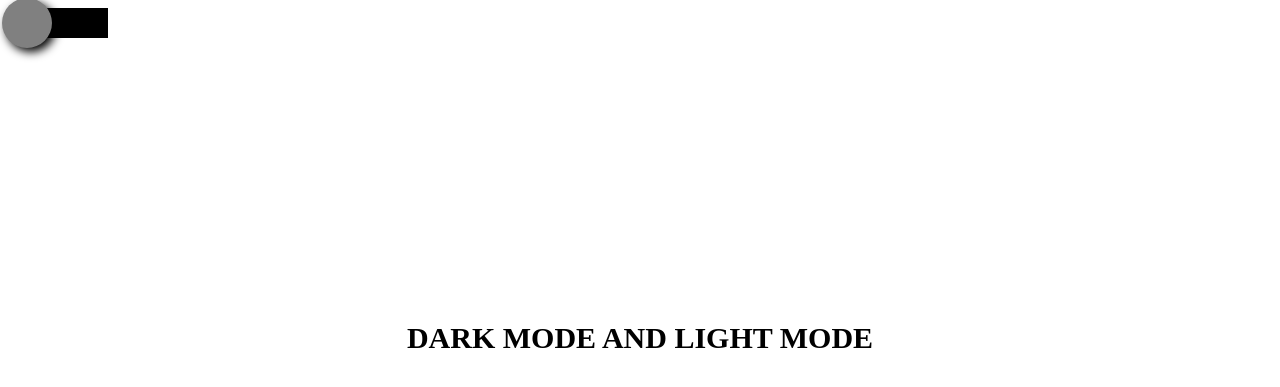
Repository: Eugene44-hub/darkmode-lightmode
Page: index.html
The author's editor kept a copy of each file at every save. The page is drawn from the files as they stood at one save, then again after the next save.
The browser window is 1280 px wide. The pictures show the whole page.

Above is the page before, as saved 2021-09-13 01:51:18.

### index.html
<!DOCTYPE html>
<html lang="en">

<head>
    <meta charset="UTF-8">
    <meta http-equiv="X-UA-Compatible" content="IE=edge">
    <meta name="viewport" content="width=device-width, initial-scale=1.0">
    <title>Document</title>
    <link rel="stylesheet" href="style.css">
</head>

<body>

    <div class="box">
        <div class="circle"></div>
    </div>

    <div class="container">
        <p>Dark Mode and Light mode</p>
    </div>

    <!-- <div class="square"></div>
    <div class="circle"></div> -->
    <script src="app.js"></script>
</body>

</html>

### style.css
body {
    height: 600px;
    transition: all 0.5s;
}

p {
    margin: auto;
    font-size: 30px;
    font-weight: bold;
    text-transform: uppercase;
    text-align: center;
}

.box {
    background-color: black;
    height: 30px;
    width: 100px;
    position: relative;
    transition: all 0.5s;
}

.container {
    height: 600px;
    display: flex;
}

.circle {
    top: -10px;
    background-color: grey;
    height: 50px;
    width: 50px;
    box-shadow: 4px 4px 10px black;
    border-radius: 50%;
    position: absolute;
    left: -6px;
    transition: all 0.5s;
}

### app.js
const circle = document.querySelector('.circle');
const box = document.querySelector('.box');
const text = document.querySelector('p');
circle.addEventListener('click', e => {
    if (circle.style.left == '-6px') {
        document.body.style.backgroundColor = 'black';
        circle.style.left = '50px'
        box.style.backgroundColor = 'white'
        text.style.color = 'white';


    } else {
        circle.style.left = '-6px'
        document.body.style.backgroundColor = 'white';
        text.style.color = 'black';
        box.style.backgroundColor = 'black';
    }
})

After the next save:
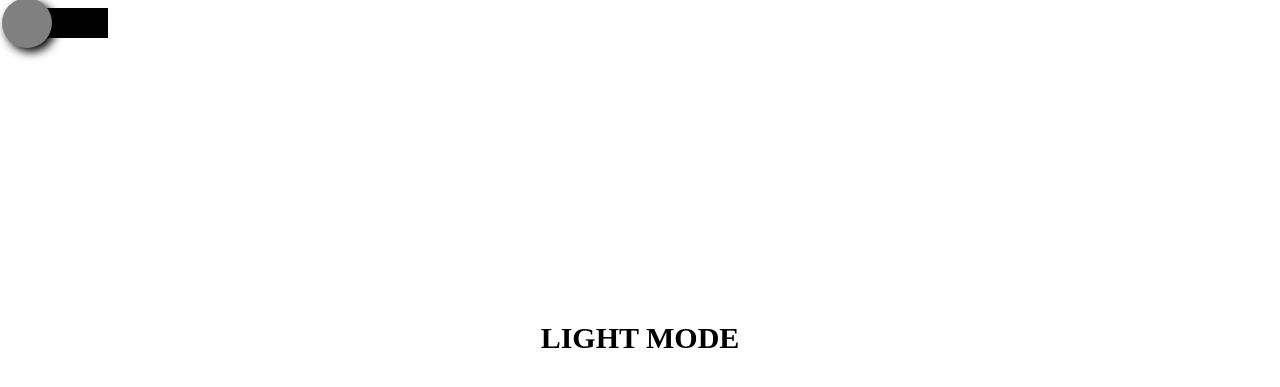
Saved 49 s later.
--- a/index.html
+++ b/index.html
@@ -16,7 +16,7 @@
     </div>
 
     <div class="container">
-        <p>Dark Mode and Light mode</p>
+        <p> Light mode</p>
     </div>
 
     <!-- <div class="square"></div>
